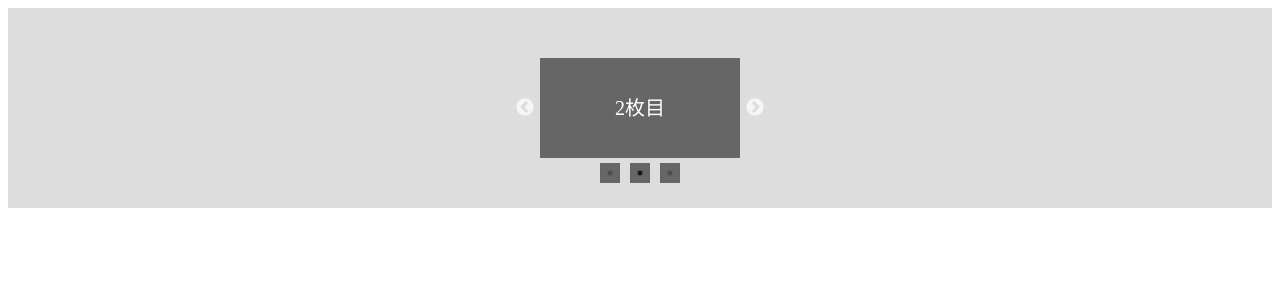
Repository: 92hisa/js-slideshow
Page: index.html
The author's editor kept a record of every edit. The page is drawn from the files as they stood at one moment, then again after the next edit.
The browser window is 1280 px wide. The pictures show the whole page.

Above is the page before.

### index.html
<!DOCTYPE html>
<html lang="ja">
<head>
    <meta charset="UTF-8">
    <meta name="viewport" content="width=device-width, initial-scale=1.0">
    <meta http-equiv="X-UA-Compatible" content="ie=edge">
    <link rel="stylesheet" href="slick/slick.css">
    <link rel="stylesheet" href="slick/slick-theme.css">
    <link rel="stylesheet" href="main.css">
    <title>Document</title>
</head>
<body>
    <div id="wrap">
        <div id="slider">
            <li><span>1枚目</span></li>
            <li><span>2枚目</span></li>
            <li><span>3枚目</span></li>
        </div>
    </div>
    <script src="https://ajax.googleapis.com/ajax/libs/jquery/3.5.1/jquery.min.js"></script>
    <script src="slick/slick.min.js"></script>
    <script src="main.js"></script>
</body>
</html>

### main.css
#wrap{
  background-color: #ddd;
  padding: 50px 0;
}
#slider{
  width: 200px;
  height: 100px;
  margin: 0 auto;
  li{
    background-color: #666;
  }
  span{
    display: block;
    width: 100%;
    line-height: 100px;
    font-size: 20px;
    color:#fff;
    text-align: center;
  }

### main.js
$(function(){
  $("#slider").slick({
      autoplay: true,
      autoplayspeed: 4000,
      dots: true
  });
});

Loaded but not shown: slick/slick.css (common file); slick/slick-theme.css (library); slick/slick.min.js (library)

After the next edit:
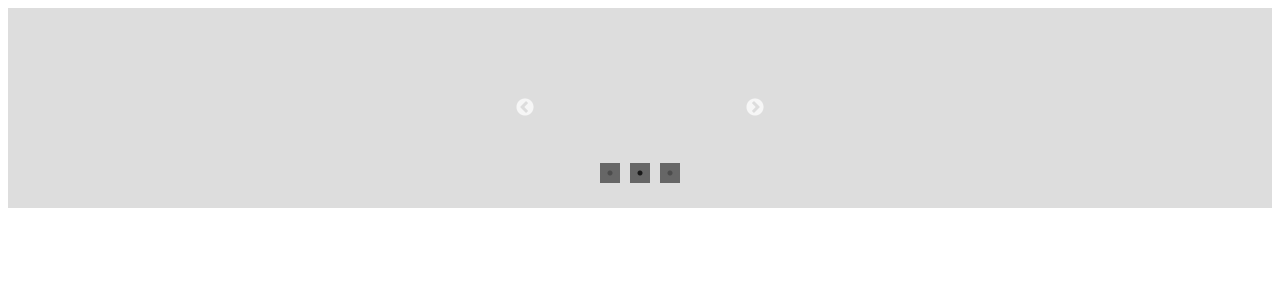
The edit:
--- a/index.html
+++ b/index.html
@@ -12,9 +12,9 @@
 <body>
     <div id="wrap">
         <div id="slider">
-            <li><span>1枚目</span></li>
-            <li><span>2枚目</span></li>
-            <li><span>3枚目</span></li>
+            <img>
+            <img>
+            <img>
         </div>
     </div>
     <script src="https://ajax.googleapis.com/ajax/libs/jquery/3.5.1/jquery.min.js"></script>
